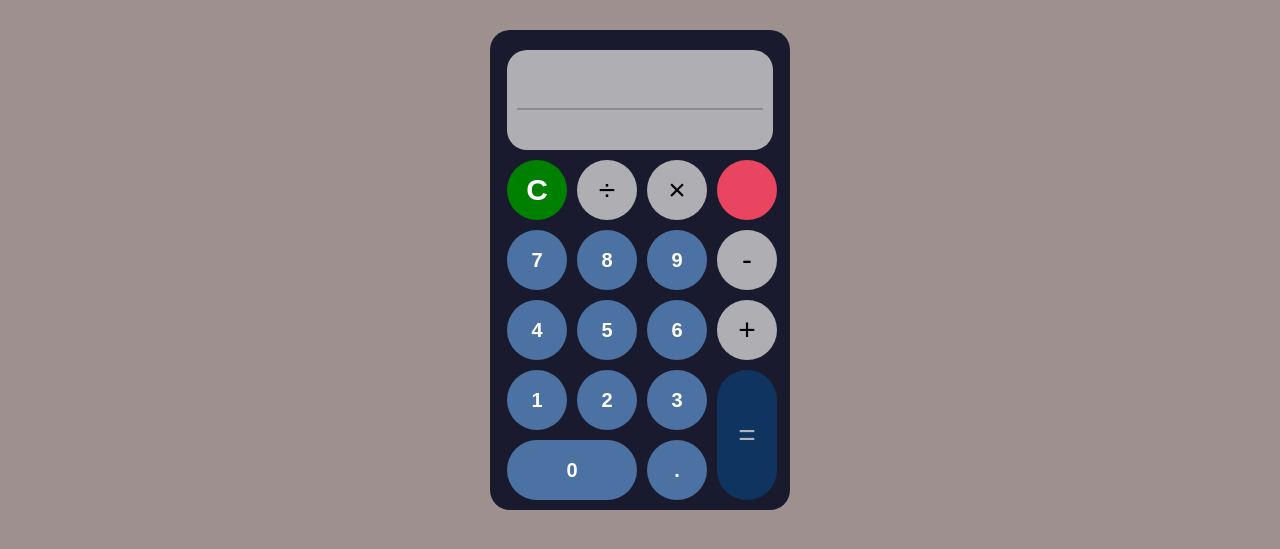
Repository: MikkyPrestige/js-calculator
Page: index.html
These files come from the project's save history. The page is drawn as it stood at one moment and after the next save; the edit follows.
The browser window is 1280 px wide. The pictures show the whole page.

Above is the page before, as saved 2023-05-12 00:05:34.

### index.html
<!DOCTYPE html>
<html lang="en">

<head>
  <meta charset="UTF-8">
  <meta http-equiv="X-UA-Compatible" content="IE=edge">
  <meta name="viewport" content="width=device-width, initial-scale=1.0">
  <title>JavaScript Calculator</title>
  <link rel="stylesheet" href="./index.css">
  <script src="./index.js" defer></script>
</head>

<body>
  <main>
    <section class="calculator">
      <div class="output">
        <p class="output--top" id="top">
          <span class="output--curr" id="curr"></span>
          <span class="output--prev" id="prev"></span>
        </p>
        <p class="output--result" id="result"></p>
      </div>
      <div class="btns">
        <button class="btn clear">C</button>
        <button class="btn del"></button>
        <button class="btn operator divide">÷</button>
        <button class="btn operator multiply">×</button>
        <button class="btn operator minus">-</button>
        <button class="btn operator plus">+</button>
        <button class="btn equalTo">=</button>
        <button class="btn num seven">7</button>
        <button class="btn num eight">8</button>
        <button class="btn num nine">9</button>
        <button class="btn num four">4</button>
        <button class="btn num five">5</button>
        <button class="btn num six">6</button>
        <button class="btn num one">1</button>
        <button class="btn num two">2</button>
        <button class="btn num three">3</button>
        <button class="btn num zero">0</button>
        <button class="btn num dot">.</button>
      </div>
    </section>
  </main>
</body>

</html>

### index.css
@import url('https://fonts.googleapis.com/css2?family=Inter:wght@300;400;700&display=swap');

*,
*::before,
*::after {
  box-sizing: border-box;
  margin: 0;
  padding: 0;
}

html {
  font-size: 62.5%;
}

body {
  font-family: 'Inter', sans-serif;
  font-size: 1.6rem;
  font-weight: 400;
  line-height: 1.5;
  background: #9F9090;
  min-height: 100%;
  width: 100%;
}

main {
  background: rgba(26, 26, 46, 1);
  width: 100%;
  max-width: 30rem;
  height: 100%;
  margin: 3rem auto;
  padding: 1rem;
  border-radius: 2rem;
  -webkit-border-radius: 2rem;
  -moz-border-radius: 2rem;
  -ms-border-radius: 2rem;
  -o-border-radius: 2rem;
}

.calculator {
  display: flex;
  flex-direction: column;
  justify-content: space-between;
  align-items: center;
  width: 100%;
  height: 100%;
}

.output {
  background: #AFAFB3;
  width: 95%;
  height: 10rem;
  border-radius: 2rem;
  -webkit-border-radius: 2rem;
  -moz-border-radius: 2rem;
  -ms-border-radius: 2rem;
  -o-border-radius: 2rem;
  display: flex;
  flex-direction: column;
  justify-content: space-around;
  align-items: flex-end;
  padding: 1rem;
  margin: 1rem 0;
}

.output--top {
  font-size: 2rem;
  font-weight: 400;
  color: #000;
  border-bottom: 0.2rem solid rgba(0, 0, 0, 0.2);
  padding-bottom: .5rem;
  display: flex;
  justify-content: flex-end;
  align-items: center;
  width: 100%;
  height: 50%;
}

.output--result {

}


.btns {
  display: grid;
  grid-template-columns: repeat(4, 1fr);
  grid-gap: 1rem;
  grid-template-areas:
    "clear divide multiply del"
    "seven eight nine minus"
    "four five six plus"
    "one two three equalTo"
    "zero zero dot equalTo";
  width: 95%;
  height: 100%;
}

.btn {
  border-radius: 50%;
  -webkit-border-radius: 50%;
  -moz-border-radius: 50%;
  -ms-border-radius: 50%;
  -o-border-radius: 50%;
  border: none;
  outline: none;
  font-size: 2rem;
  font-weight: 700;
  padding: 1rem;
  color: #FFFFFF;
  cursor: pointer;
  transition: all 0.2s ease-in-out;
  -webkit-transition: all 0.2s ease-in-out;
  -moz-transition: all 0.2s ease-in-out;
  -ms-transition: all 0.2s ease-in-out;
  -o-transition: all 0.2s ease-in-out;
  width: 6rem;
  height: 6rem;
}

.btn:hover {
  transform: scale(1.05);
  -webkit-transform: scale(1.05);
  -moz-transform: scale(1.05);
  -ms-transform: scale(1.05);
  -o-transform: scale(1.05);
}

.btn:active {
  box-shadow: inset 0 0 0 0.2rem rgba(0, 0, 0, 0.2);
  transform: scale(0.95);
}

.operator {
  background: rgba(217, 217, 217, 0.78);
  color: #000;
  font-size: 3rem;
  font-weight: 300;
}

.num {
  background: #4B72A2;
}

.clear {
  background: #008000;
  font-size: 3rem;
  grid-area: clear;
}

.del {
  background: #E94560;
  grid-area: del;
}

.divide {
  grid-area: divide;
}

.multiply {
  grid-area: multiply;
}

.minus {
  grid-area: minus;
}

.plus {
  grid-area: plus;
}

.one {
  grid-area: one;
}

.two {
  grid-area: two;
}

.three {
  grid-area: three;
}

.four {
  grid-area: four;
}

.five {
  grid-area: five;
}

.six {
  grid-area: six;
}

.seven {
  grid-area: seven;
}

.eight {
  grid-area: eight;
}

.nine {
  grid-area: nine;
}

.zero {
  grid-area: zero;
  border-radius: 3rem;
  -webkit-border-radius: 3rem;
  -moz-border-radius: 3rem;
  -ms-border-radius: 3rem;
  -o-border-radius: 3rem;
  width: unset;
  height: unset;
}

.dot {
  grid-area: dot;
}

.equalTo {
  grid-area: equalTo;
  background: #0F3460;
  color: rgba(217, 217, 217, 0.78);
  font-size: 3rem;
  font-weight: 300;
  border-radius: 3rem;
  -webkit-border-radius: 3rem;
  -moz-border-radius: 3rem;
  -ms-border-radius: 3rem;
  -o-border-radius: 3rem;
  width: unset;
  height: unset;
}

### index.js
const currValue = document.getElementById("curr");
const prevValue = document.getElementById("prev");
const operatorBtn = document.querySelectorAll(".operator");
const numBtn = document.querySelectorAll(".num");
const clearBtn = document.querySelector(".clear");
const delBtn = document.querySelector(".del");
const equalBtn = document.querySelector(".equalTo");

let curr = "";
let prev = "";
let operator = "";

const display = () => {
  currValue.innerText = curr;
  prevValue.innerText = prev;
};

const operation = () => {
  operatorBtn.forEach((operator) => {
    operator.addEventListener("click", () => {
      if (curr === "") return;
      if (prev !== "") {
        prev = curr;
      } else {
        prev = curr;
      }
      curr = operator.innerText;
      prev = curr;
      curr = "";
      display();
    });
  });
};

operation();

const buttons = () => {
  numBtn.forEach((num) => {
    num.addEventListener("click", () => {
      if (num.classList.contains("dot")) {
        if (curr.includes(".") || curr === "") {
          return;
        } else {
          curr += num.innerText;
        }
      } else if (num.classList.contains("zero")) {
        if (curr === "") return;
        curr += num.innerText;
      } else {
        curr += num.innerText;
      }
      display();
    });
  });
};

buttons();

const clear = () => {
  clearBtn.addEventListener("click", () => {
    curr = "";
    prev = "";
    operator = "";
    display();
  });
};

clear();

const del = () => {
  delBtn.addEventListener("click", () => {
    curr = curr.slice(0, -1);
    display();
  });
};

del();


const equal = () => {
  equalBtn.addEventListener("click", () => {
    if (curr === "" || prev === "") return;
    curr = eval(`${prev} ${operator} ${curr}`);
    prev = "";
    operator = "";
    display();
  });
}

equal();

After the next save:
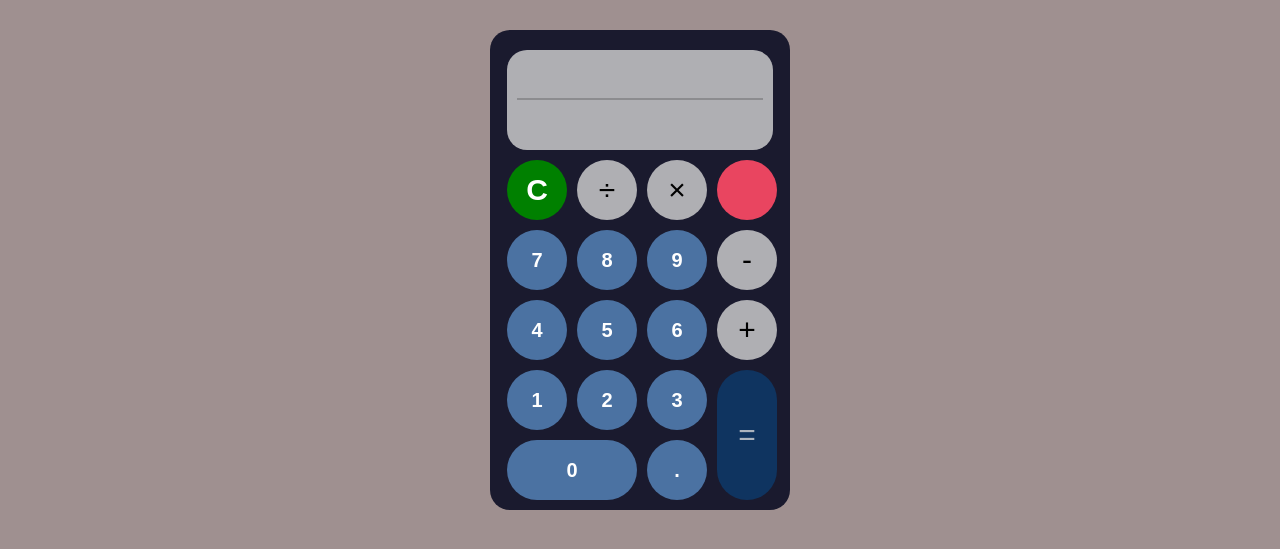
Saved 35 s later.
--- a/index.css
+++ b/index.css
@@ -76,7 +76,14 @@ main {
 }
 
 .output--result {
-
+  font-size: 4rem;
+  font-weight: 700;
+  color: #000;
+  /* display: flex;
+  justify-content: flex-end;
+  align-items: center; */
+  width: 100%;
+  height: 50%;
 }
 
 
